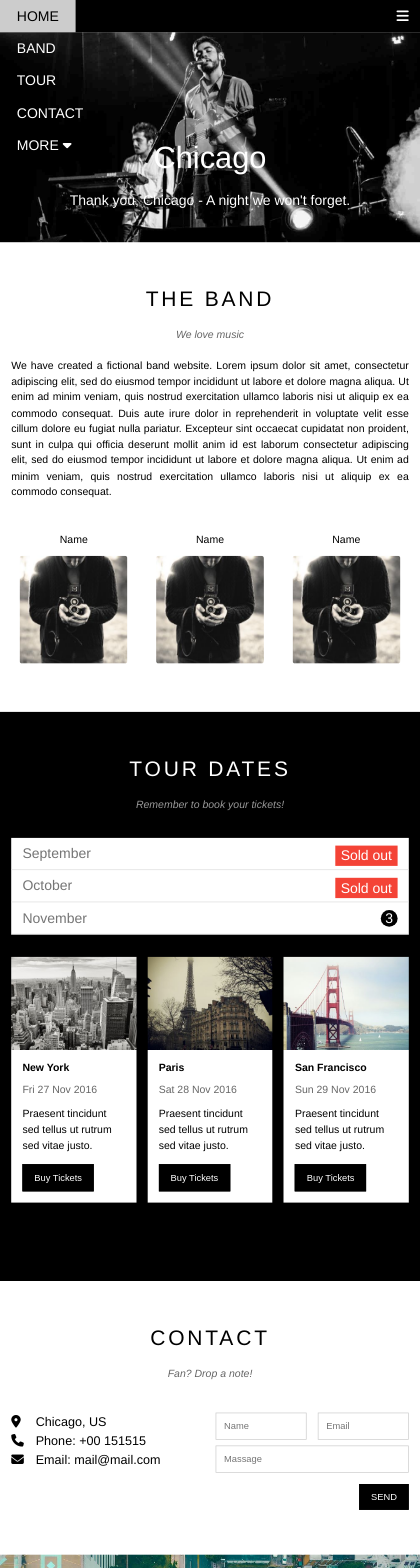
Repository: nugort/nugort.github.io
Page: learing/f8/the-band/index.html
The author's editor kept a copy of each file at every save. The page is drawn from the files as they stood at one save, then again after the next save.
The browser window is 600 px wide. The pictures show the part of the page from y = 0 to 2240 px (the page is 2796 px tall), at 70% of full size.
Some web libraries are served in a nearby version.

Above is the page before, as saved 2022-03-07 02:21:04.

After the next save:
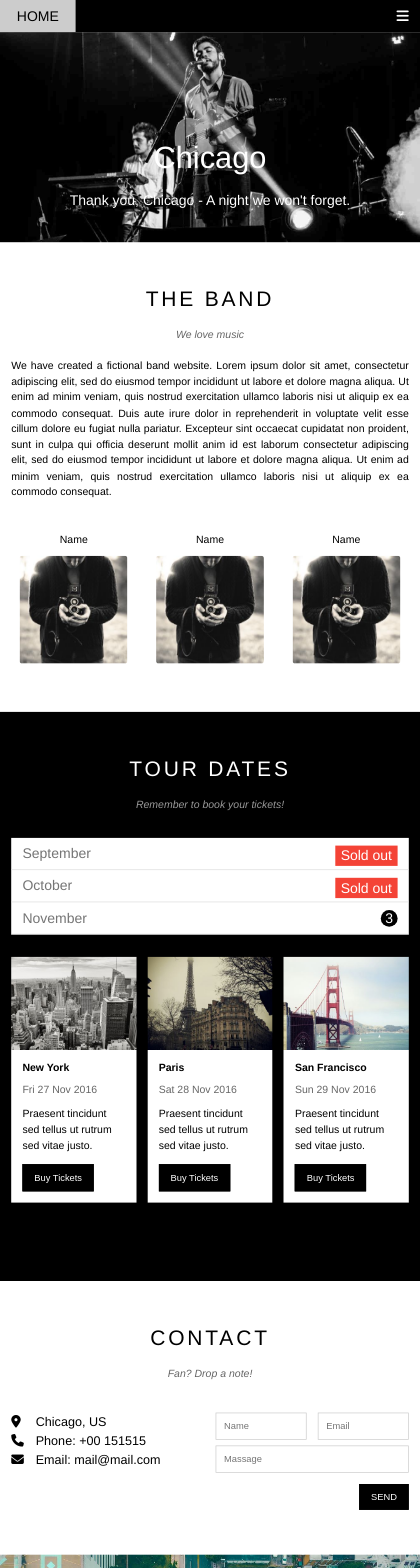
Saved 84 s later.
--- a/learing/f8/the-band/assets/css/styles.css
+++ b/learing/f8/the-band/assets/css/styles.css
@@ -613,12 +613,15 @@ display: inline-block;
 
 /* Mobile */
 @media (max-width: 740px) {
+    #header {
+        overflow: hidden;
+    }
+
     #header .nav-bar {
         position: absolute;
         top: 0;
         right: 0;
     }
-    }
 
     #nav {
         display: block
